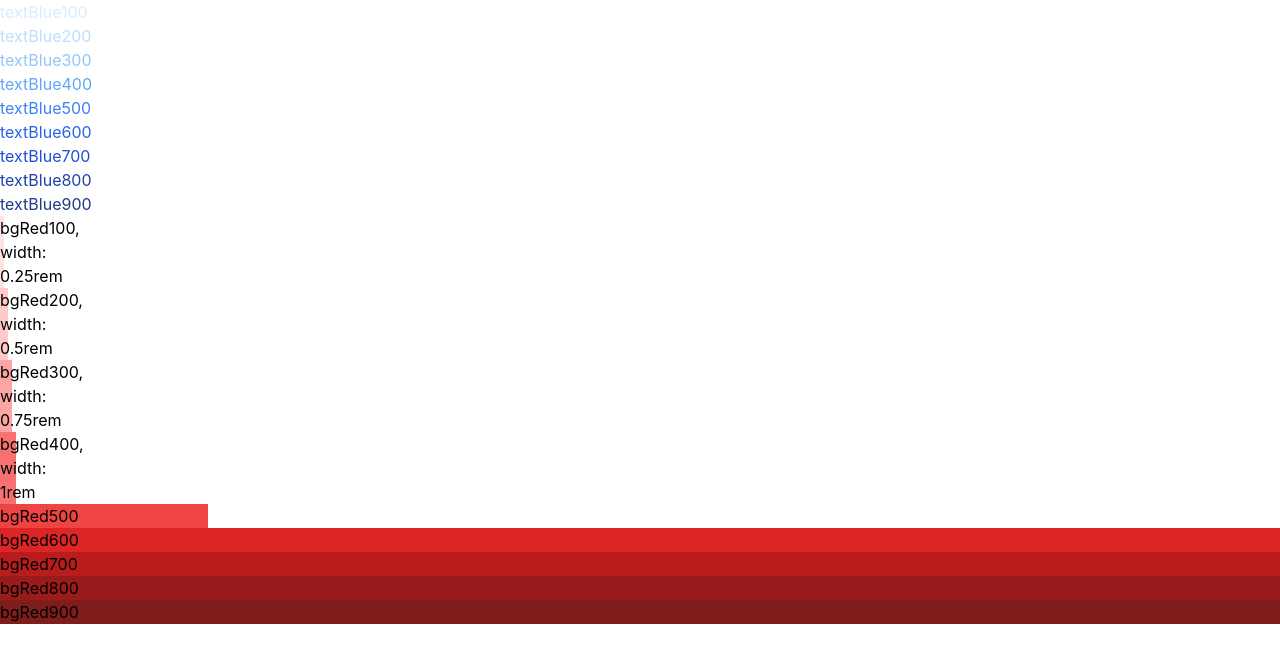
Repository: wogml3270/react-test-server
Page: /
An editor plug-in stored every save of this project. The page is shown before and after the next save, followed by the edit.
The browser window is 1280 px wide. The pictures show the whole page.
The project was rebuilt for these pictures with package versions that can differ from the ones it lists, and the page was loaded fresh each time. Also part of the build but not shown: src/App.css.

Above is the page before, as saved 2022-08-04 20:25:24.

### src/index.js
import React from 'react';
import ReactDOM from 'react-dom/client';
import './index.css';
import App from './App';
import reportWebVitals from './reportWebVitals';
import './tailwind.css';

const root = ReactDOM.createRoot(document.getElementById('root'));
root.render(
  <React.StrictMode>
    <App />
  </React.StrictMode>
);

// If you want to start measuring performance in your app, pass a function
// to log results (for example: reportWebVitals(console.log))
// or send to an analytics endpoint. Learn more: https://bit.ly/CRA-vitals
reportWebVitals();

### src/App.js

import './App.css';

function App() {
  return (
    <>
      <div className="">
        <h1 className="text-blue-100">textBlue100</h1>
        <h1 className="text-blue-200">textBlue200</h1>
        <h1 className="text-blue-300">textBlue300</h1>
        <h1 className="text-blue-400">textBlue400</h1>
        <h1 className="text-blue-500">textBlue500</h1>
        <h1 className="text-blue-600">textBlue600</h1>
        <h1 className="text-blue-700">textBlue700</h1>
        <h1 className="text-blue-800">textBlue800</h1>
        <h1 className="text-blue-900">textBlue900</h1>

        <h1 className="bg-red-100 w-1">bgRed100, width: 0.25rem</h1>
        <h1 className="bg-red-200 w-2">bgRed200, width: 0.5rem</h1>
        <h1 className="bg-red-300 w-3">bgRed300, width: 0.75rem</h1>
        <h1 className="bg-red-400 w-4">bgRed400, width: 1rem</h1>
        <h1 className="bg-red-500 w-52">bgRed500</h1>
        <h1 className="bg-red-600">bgRed600</h1>
        <h1 className="bg-red-700">bgRed700</h1>
        <h1 className="bg-red-800">bgRed800</h1>
        <h1 className="bg-red-900">bgRed900</h1>
      </div>
    </>
  );
}

export default App;

### src/tailwind.css
/* src/tailwind.css */

@tailwind base;
@tailwind components;
@tailwind utilities;

### tailwind.config.js
// tailwindcss.config.js

module.exports = {
    content: ['./src/**/*.{js,jsx,ts,tsx}', './public/index.html'],
    theme: {
        extend: {},
    },
    plugins: [],
};

Loaded but not shown: public/index.html (common file); src/index.css (common file); src/reportWebVitals.js (common file)

After the next save:
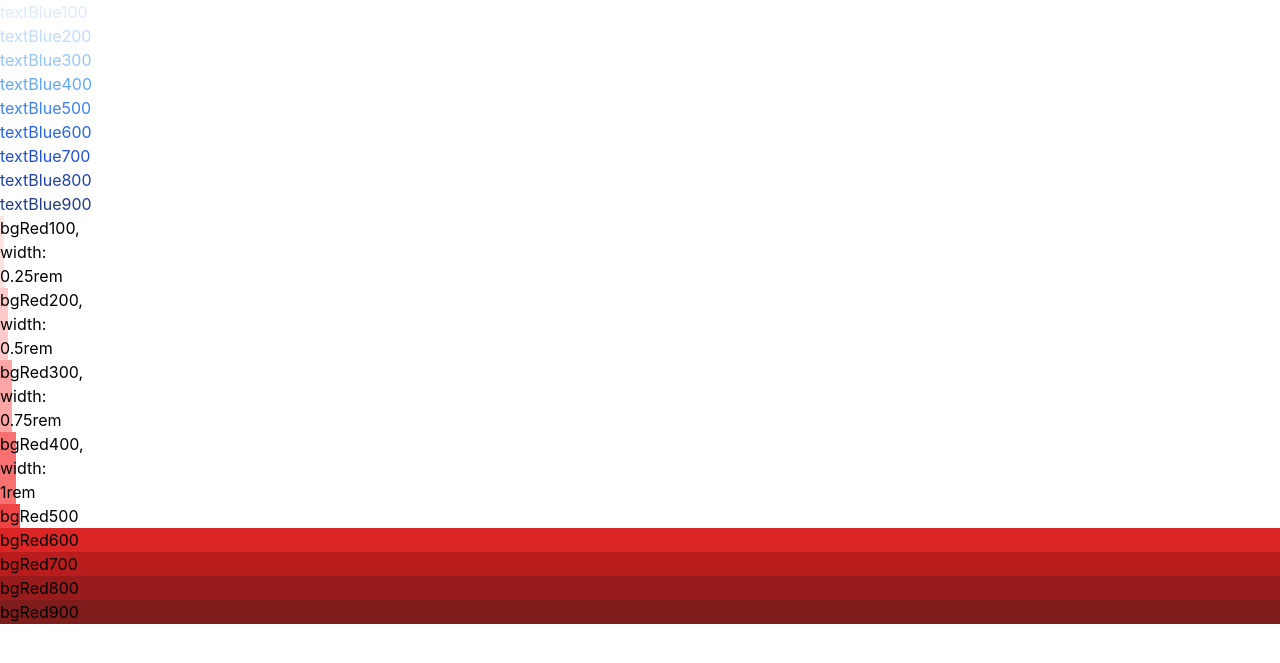
Saved 6 s later.
--- a/src/App.js
+++ b/src/App.js
@@ -19,7 +19,7 @@ function App() {
         <h1 className="bg-red-200 w-2">bgRed200, width: 0.5rem</h1>
         <h1 className="bg-red-300 w-3">bgRed300, width: 0.75rem</h1>
         <h1 className="bg-red-400 w-4">bgRed400, width: 1rem</h1>
-        <h1 className="bg-red-500 w-52">bgRed500</h1>
+        <h1 className="bg-red-500 w-5">bgRed500</h1>
         <h1 className="bg-red-600">bgRed600</h1>
         <h1 className="bg-red-700">bgRed700</h1>
         <h1 className="bg-red-800">bgRed800</h1>
